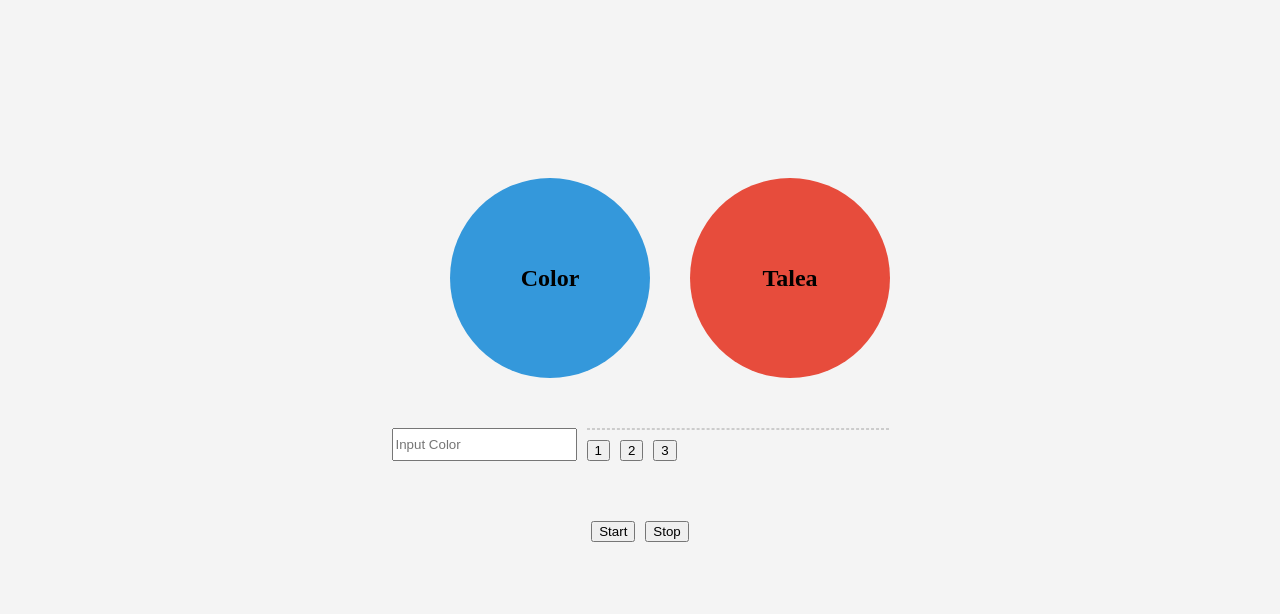
Repository: boshi-an/Isorhythm
Page: .vscode/Isorhythm/index.html
These files come from the project's save history. The page is drawn as it stood at one moment and after the next save; the edit follows.
The browser window is 1280 px wide. The pictures show the whole page.

Above is the page before, as saved 2023-10-19 00:24:36.

After the next save:
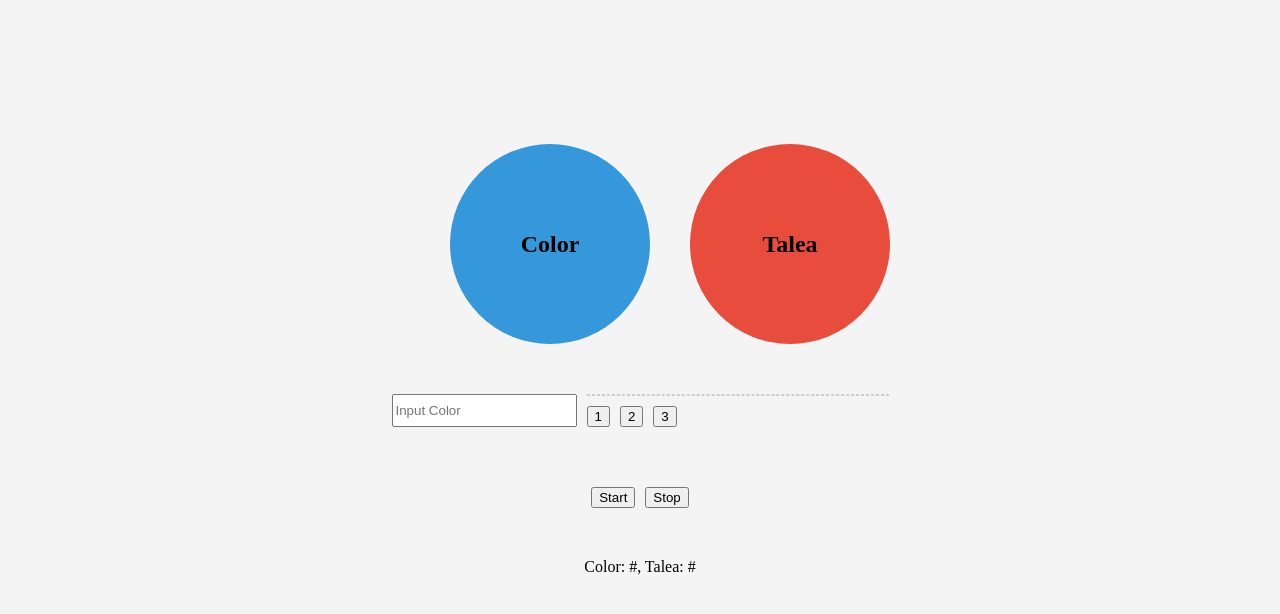
Saved 2 min 23 s later.
--- a/.vscode/Isorhythm/index.html
+++ b/.vscode/Isorhythm/index.html
@@ -35,6 +35,9 @@
         <button id="startBtn">Start</button>
         <button id="stopBtn">Stop</button>
     </div>
+    <div class="display" id="display">
+        Color: #, Talea: #
+    </div>
     <script src="script.js"></script>
 </body>
 
